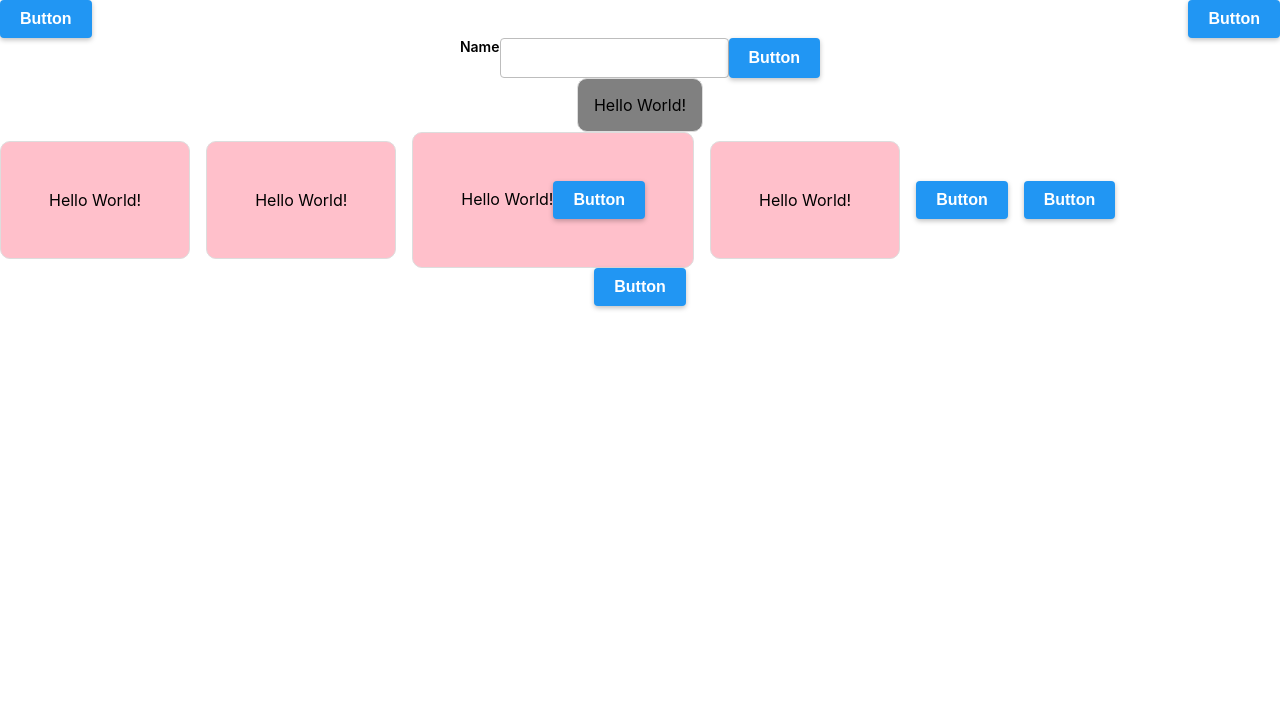
Repository: roistyx/react
Page: /layouts (app in layouts-app/)
The author's editor kept a copy of each file at every save. The page is drawn from the files as they stood at one save, then again after the next save.
The browser window is 1280 px wide. The pictures show the whole page.
The project was rebuilt for these pictures with package versions that can differ from the ones it lists, and the page was loaded fresh each time.

Above is the page before, as saved 2023-04-27 14:32:38.

After the next save:
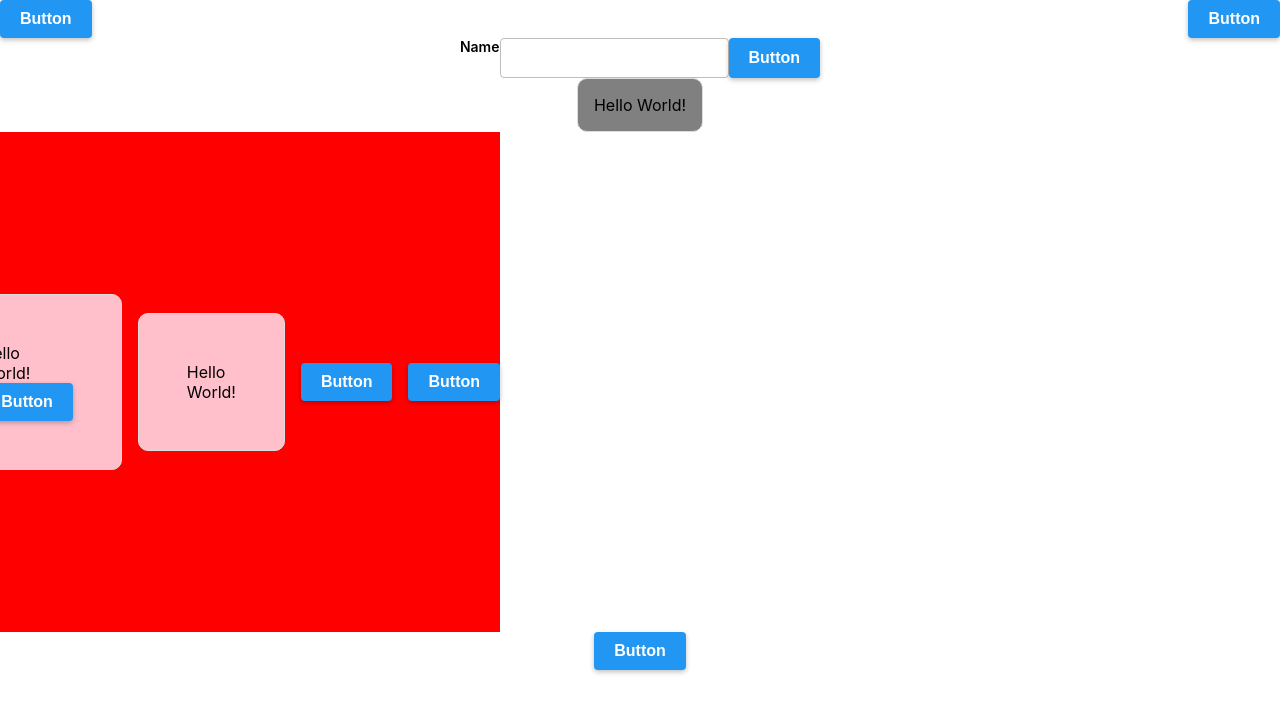
Saved 9 s later.
--- a/layouts-app/src/layouts/Line.css
+++ b/layouts-app/src/layouts/Line.css
@@ -13,7 +13,7 @@
 	justify-content: center;
 }
 
-space-evenly {
+.space-evenly {
 	justify-content: flex-end;
 	background-color: red;
 	height: 500px;
